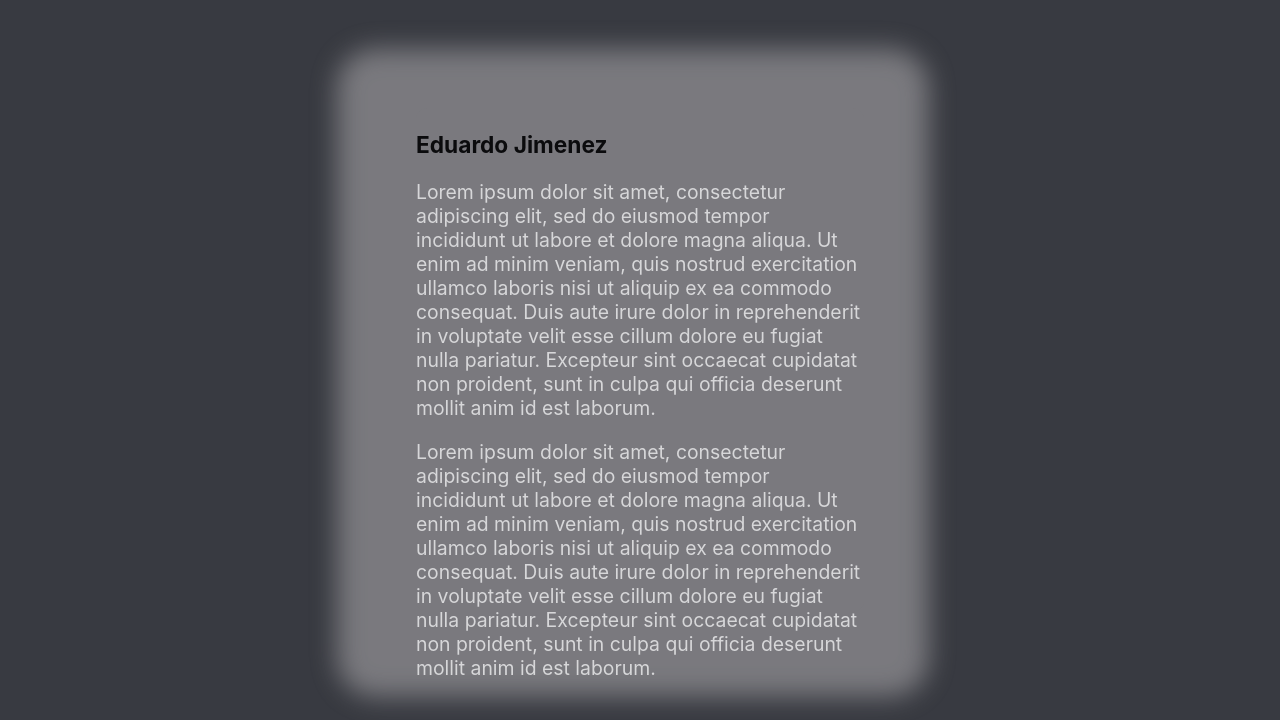
Repository: l8nightswithJS/react-my-portfolio
Page: /
These files come from the project's save history. The page is drawn as it stood at one moment and after the next save; the edit follows.
The browser window is 1280 px wide. The pictures show the whole page.
The project was rebuilt for these pictures with package versions that can differ from the ones it lists, and the page was loaded fresh each time.

Above is the page before, as saved 2021-04-29 12:44:59.

### src/App.js
import SplashPage from './pages/splashPage';

function App() {
  return (
    <SplashPage />
  );
}

export default App;

### src/pages/splashPage.js
import '../App.css';

function SplashPage() {
    return (
        <div className="App">
            <header className="App-header">
                <section>
                    <article>
                        <h1>Eduardo Jimenez</h1>

                        <p>Lorem ipsum dolor sit amet, consectetur adipiscing elit, sed do eiusmod tempor incididunt ut labore et dolore magna aliqua. Ut enim ad minim veniam, quis nostrud exercitation ullamco laboris nisi ut aliquip ex ea commodo consequat. Duis aute irure dolor in reprehenderit in voluptate velit esse cillum dolore eu fugiat nulla pariatur. Excepteur sint occaecat cupidatat non proident, sunt in culpa qui officia deserunt mollit anim id est laborum.</p>

                        <p>Lorem ipsum dolor sit amet, consectetur adipiscing elit, sed do eiusmod tempor incididunt ut labore et dolore magna aliqua. Ut enim ad minim veniam, quis nostrud exercitation ullamco laboris nisi ut aliquip ex ea commodo consequat. Duis aute irure dolor in reprehenderit in voluptate velit esse cillum dolore eu fugiat nulla pariatur. Excepteur sint occaecat cupidatat non proident, sunt in culpa qui officia deserunt mollit anim id est laborum.</p>

                    </article>
                </section>
            </header>
        </div>
    );
}

export default SplashPage;

### src/App.css
.App {
  height: 100vh;
  width: 100%;
  background-color: rgb(56, 58, 65);
}

section {
  position: fixed;
  top: 0;
  bottom: 0;
  left: 0;
  right: 0;
  background-color: rgb(139, 138, 142);
  height: 70vh;
  width: 35vw;
  margin: auto;
  font-size: calc(5px + 2vmin);
  color: white;
  box-shadow: -1vh 1vw 2vw 10vh rgb(139, 138, 142);
  opacity: .8;
  border-radius: 1.5vh;
}

section article h1 {
  color: black;
}

Loaded but not shown: public/index.html (common file); src/index.js (common file); src/index.css (common file); src/reportWebVitals.js (common file)

After the next save:
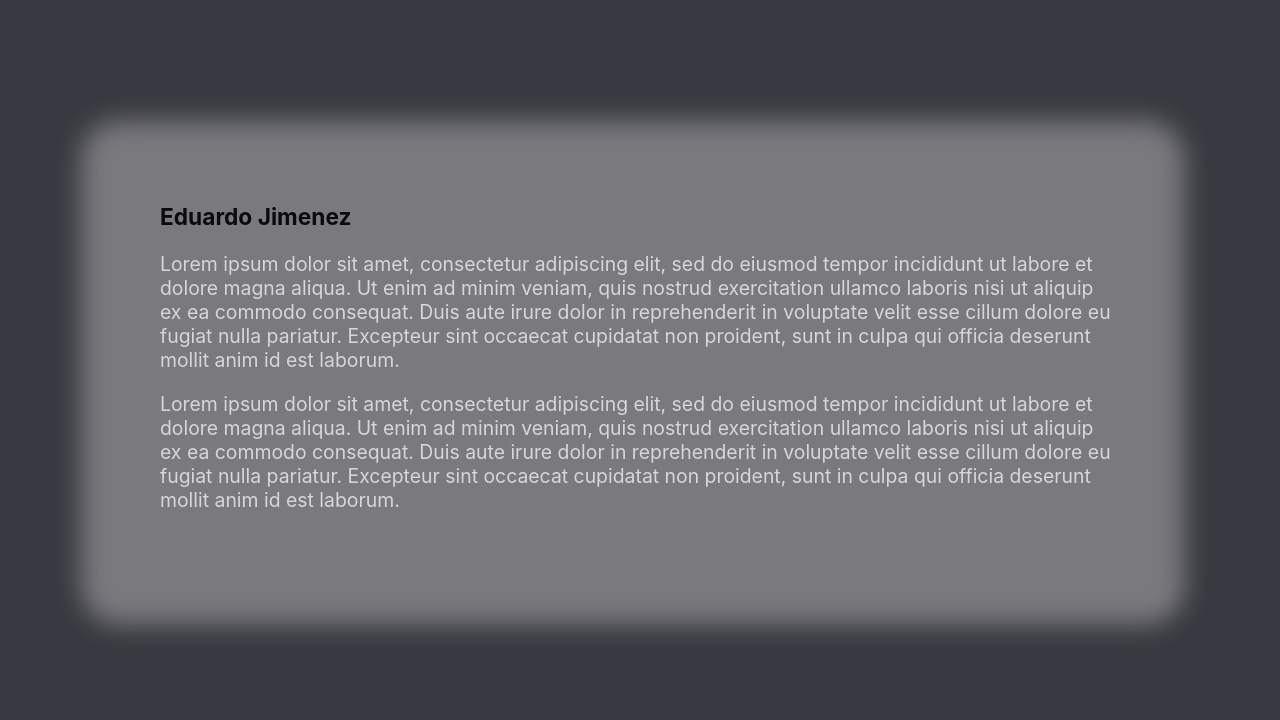
Saved 33 s later.
--- a/src/App.css
+++ b/src/App.css
@@ -11,8 +11,8 @@ section {
   left: 0;
   right: 0;
   background-color: rgb(139, 138, 142);
-  height: 70vh;
-  width: 35vw;
+  height: 50vh;
+  width: 75vw;
   margin: auto;
   font-size: calc(5px + 2vmin);
   color: white;
